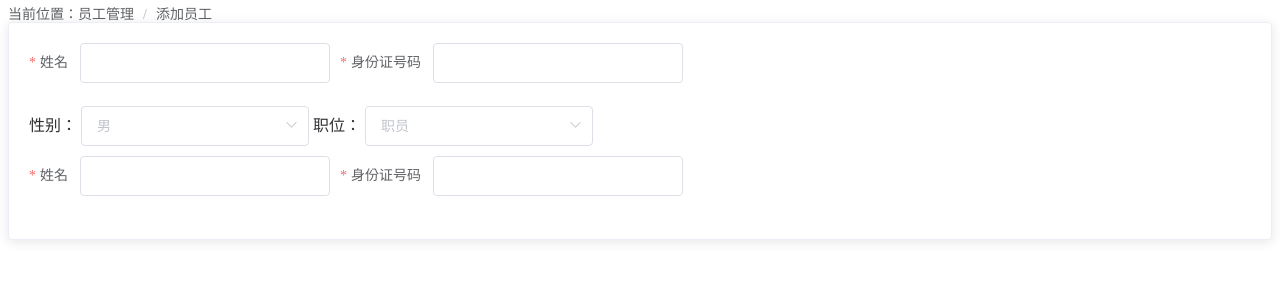
Repository: YUNjwyao/vue_hrm
Page: /#/addEmployee
These files come from the project's save history. The page is drawn as it stood at one moment and after the next save; the edit follows.
The browser window is 1280 px wide. The pictures show the whole page.
The project was rebuilt for these pictures with package versions that can differ from the ones it lists, and the page was loaded fresh each time. Also part of the build but not shown: src/components/Employee/EmployeeQuery.vue.

Above is the page before, as saved 2020-10-15 20:38:13.

### src/App.vue
<template>
  <div id="app">
     <!-- 路由占位符 -->
     <router-view></router-view>
  </div>
</template>

<script>

export default {

}
</script>

<style lang="less" scoped>

</style>

### src/router/index.js
import Vue from 'vue'
import VueRouter from 'vue-router'
import EmployeeQuery from '../components/Employee/EmployeeQuery.vue'
import ShowAddEmployee from '../components/Employee/ShowAddEmployee.vue'

Vue.use(VueRouter)

const routes = [
 {
   path: '/employee',component: EmployeeQuery
 },
 {
   path: '/addEmployee',component: ShowAddEmployee
 }
]

const router = new VueRouter({
  routes
})

export default router

### src/plugins/element.js
import Vue from 'vue'
import {
    Button,
    Breadcrumb,
    BreadcrumbItem,
    Card,
    Select,
    Option,
    Input,
    Row,
    Table,
    TableColumn,
    Pagination,
    Form,
    FormItem
} from 'element-ui'


Vue.use(Button)
Vue.use(Breadcrumb)
Vue.use(BreadcrumbItem)
Vue.use(Card)
Vue.use(Select)
Vue.use(Option)
Vue.use(Input)
Vue.use(Row)
Vue.use(Table)
Vue.use(TableColumn)
Vue.use(Pagination)
Vue.use(Form)
Vue.use(FormItem)

### src/components/Employee/ShowAddEmployee.vue
<template>
  <div>
    <!-- 面包屑导航 -->
    <el-breadcrumb separator="/">
      <el-breadcrumb-item>当前位置：员工管理</el-breadcrumb-item>
      <el-breadcrumb-item><a href="/">添加员工</a></el-breadcrumb-item>
    </el-breadcrumb>
    <!-- 表单 -->
    <el-card>
      <el-form
        :model="addForm"
        :rules="addFormRules"
        ref="addFormRef"
        :inline="true"
      >
        <el-row>
          <el-col :span="8">
            <el-form-item label="姓名" prop="name">
              <el-input v-model="addForm.name"></el-input>
            </el-form-item>
          </el-col>
          <el-col :span="8">
            <el-form-item label="身份证号码" prop="IdNumber">
              <el-input v-model="addForm.IdNumber"></el-input>
            </el-form-item>
          </el-col>
        </el-row>
    <!-- 选择框 -->
	<el-row>
		<el-col :span="8">
           性别：
	  <el-select v-model="value" placeholder="男">
          <el-option
            v-for="item in options"
            :key="item.value"
            :label="item.label"
            :value="item.value"
          >
          </el-option>
        </el-select>
		</el-col>
		<el-col :span="8">
              职位：
	  <el-select v-model="value" placeholder="职员">
          <el-option
            v-for="item in optionsJob"
            :key="item.value"
            :label="item.label"
            :value="item.value"
          >
          </el-option>
        </el-select>
		</el-col>
	</el-row>




        <el-row>
          <el-col :span="8">
            <el-form-item label="姓名" prop="name">
              <el-input v-model="addForm.name"></el-input>
            </el-form-item>
          </el-col>
          <el-col :span="8">
            <el-form-item label="身份证号码" prop="IdNumber">
              <el-input v-model="addForm.IdNumber"></el-input>
            </el-form-item>
          </el-col>
        </el-row>
      </el-form>
    </el-card>
  </div>
</template>

<script>
export default {
  data() {
    return {
      // 添加表单对象
      addForm: {
        name: "",
        IdNumber: "",
      },
      // 添加表单校验规则对象
      addFormRules: {
        name: [
          { required: true, message: "请输入活动名称", trigger: "blur" },
          { min: 3, max: 5, message: "长度在 3 到 5 个字符", trigger: "blur" },
        ],
        IdNumber: [
          { required: true, message: "请输入活动名称", trigger: "blur" },
        ],
	  },
	   optionsJob: [
        {
          value: "选项1",
          label: "经理",
        },
        {
          value: "选项2",
          label: "职员",
        },
	  ],
	  options: [
        {
          value: "选项1",
          label: "男",
        },
        {
          value: "选项2",
          label: "女",
        },
      ]
    };
  },
};
</script>

<style lang="less" scoped>
.el-input {
  width: 250px;
}
.el-select{
	margin-bottom: 10px;
}
</style>

Loaded but not shown: public/index.html (common file); src/main.js (common file); src/store/index.js (common file)

After the next save:
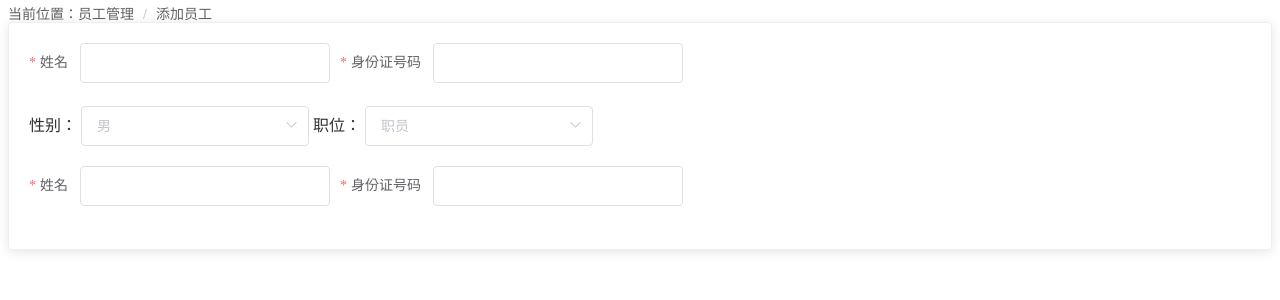
Saved 8 s later.
--- a/src/components/Employee/ShowAddEmployee.vue
+++ b/src/components/Employee/ShowAddEmployee.vue
@@ -122,6 +122,6 @@ export default {
   width: 250px;
 }
 .el-select{
-	margin-bottom: 10px;
+	margin-bottom: 20px;
 }
 </style>
